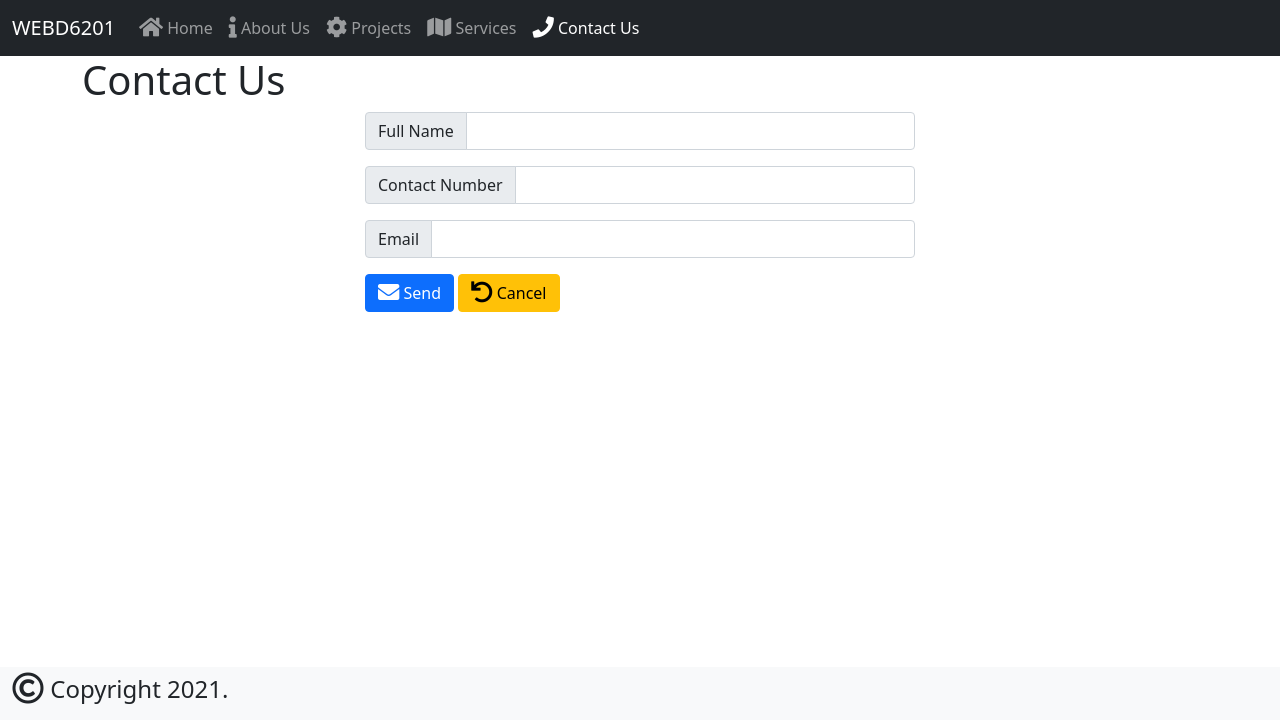
Repository: ahmedrizvi/WEB6201-W2021-ICE02
Page: contact.html
An editor plug-in stored every save of this project. The page is shown before and after the next save, followed by the edit.
The browser window is 1280 px wide. The pictures show the whole page.

Above is the page before, as saved 2021-01-29 21:36:18.

### contact.html
<!DOCTYPE html>
<html lang="en">
<head>
    <meta charset="UTF-8">
    <meta name="viewport" content="width=device-width, initial-scale=1.0">
    <title>Contact</title>
    <!-- CSS Section -->
    <link rel="stylesheet" href="./node_modules/bootstrap/dist/css/bootstrap.min.css">
    <link rel="stylesheet" href="./node_modules/@fortawesome/fontawesome-free/css/all.min.css">
    <link rel="stylesheet" href="./Content/app.css">
</head>
<body>
    <!-- Main Header -->
    <header>
        <!-- Main Navigation -->
        <nav class="navbar navbar-expand-lg navbar-dark bg-dark">
            <div class="container-fluid">
              <a class="navbar-brand" href="index.html">WEBD6201</a>
              <button class="navbar-toggler" type="button" data-bs-toggle="collapse" data-bs-target="#navbarSupportedContent" aria-controls="navbarSupportedContent" aria-expanded="false" aria-label="Toggle navigation">
                <span class="navbar-toggler-icon"></span>
              </button>
              <div class="collapse navbar-collapse" id="navbarSupportedContent">
                <ul class="navbar-nav me-auto mb-2 mb-lg-0">
                  <li class="nav-item">
                    <a class="nav-link" aria-current="page" href="index.html"><i class="fas fa-home fa-lg"></i> Home</a>
                  </li>

                  <li class="nav-item">
                    <a class="nav-link" aria-current="page" href="about.html"><i class="fas fa-info fa-lg"></i> About Us</a>
                  </li>

                  <li class="nav-item">
                    <a class="nav-link" aria-current="page" href="projects.html"><i class="fas fa-cog fa-lg"></i> Projects</a>
                  </li>

                  <li class="nav-item">
                    <a class="nav-link" aria-current="page" href="services.html"><i class="fas fa-map fa-lg"></i> Services</a>
                  </li>

                  <li class="nav-item">
                    <a class="nav-link active" aria-current="page" href="contact.html"><i class="fas fa-phone fa-lg"></i> Contact Us</a>
                  </li>
                </ul>
              </div>
            </div>
          </nav>
    </header>

    <!-- Main Content -->
    <main class="container">
        <h1>Contact Us</h1>
        <div id="messageArea"></div>

        <div class="row justify-content-lg-center g-3">
          <form class="col-lg-6 col-md-10 col-sm-10">

            <div class="input-group mb-3">
              <span class="input-group-text" id="inputGroup-sizing-default">Full Name </span>
              <input id="fullName" type="text" class="form-control" aria-label="Full Name" aria-describedby="Full Name Input"
              name="fullName" required>
            </div>

            <div class="input-group mb-3">
              <span class="input-group-text" id="inputGroup-sizing-default">Contact Number</span>
              <input id="contactNumber" type="tel" class="form-control" aria-label="Contact Number" aria-describedby="Contact Number Input"
              name="contactNumber" required>
            </div>

            <div class="input-group mb-3">
              <span class="input-group-text" id="inputGroup-sizing-default">Email</span>
              <input id="emailAddress" type="email" class="form-control" aria-label="Email Address" aria-describedby="Email Address Input"
              name="emailAddress" required>
            </div>

            <button id="sendButton" type="submit" class="btn btn-primary"><i class="fas fa-envelope fa-lg"></i> Send</button>
            <button id="cancelButton" type="reset" class="btn btn-warning"><i class="fas fa-undo fa-lg"></i> Cancel</button>
          </form>
        </div>


    </main>

    <!-- Main Footer -->
    <footer>
        <nav class="navbar fixed-bottom navbar-light bg-light">
            <div class="container-fluid">
              <h4><i class="far fa-copyright fa-lg"></i> Copyright 2021.</h4>
            </div>
          </nav>
    </footer>

    <!-- Script Section-->
    <script src="./node_modules/jquery/dist/jquery.min.js"></script>
    <script src="./node_modules/bootstrap/dist/js/bootstrap.bundle.min.js"></script>
    <script src="./Scripts/contact.js"></script>
    <script src="./Scripts/app.js"></script>
</body>
</html>

### Scripts/contact.js
"use strict";

// Contact class
class Contact {
  // getters and setters
  get FullName() {
    return this.m_fullName;
  }
  set FullName(value) {
    this.m_fullName = value;
  }
  get ContactNumber() {
    return this.m_contactNumber;
  }
  set ContactNumber(value) {
    this.m_contactNumber = value;
  }
  get EmailAddress() {
    return this.m_emailAddress;
  }
  set EmailAddress(value) {
    this.m_emailAddress = value;
  }

  // constructor

  /**
   * @param {string} fullName
   * @param {string} contactNumber
   * @param {string} emailAddress
   */
  constructor(fullName = "", contactNumber = "", emailAddress = "")
  {
    this.FullName = fullName;
    this.ContactNumber = contactNumber;
    this.EmailAddress = emailAddress;
  }

  // methods

  /**
   * This method overrides the built-in toString method for the Contact class
   *
   * @returns {string}
   */
  toString() {
    return `Full Name      : ${this.FullName} \nContact Number : ${this.ContactNumber} \nEmail Address  : ${this.EmailAddress}`;
  }

  /**
   * This method returns a JSON object made up of the properties from the Contact class
   *
   * @return {Object}
   */
  toJSON(){
    return {
      "fullName": this.FullName,
      "contactNumber": this.ContactNumber,
      "emailAddress": this.EmailAddress
    }
  }

  /**
   * This method converts the Contact into a comma separated string
   *
   * @return {string}
   */
  serialize(){
    if(this.FullName !== "" && this.ContactNumber !== "" && this.EmailAddress !== ""){
      return `${this.FullName},${this.ContactNumber},${this.EmailAddress}`;
    }
    else{
      console.error("One or more of the Contact's properties is empty");
      return null;
    }

  }

  /**
   * This method takes a comma-separated data string and assigns the values to the
   * Contact class properties.
   *
   * @param {string} data
   * @returns {void}
   */
  deserialize(data){
    let propertyArray = data.split(",");
    this.FullName = propertyArray[0];
    this.ContactNumber = propertyArray[1];
    this.EmailAddress = propertyArray[2];
  }
}

### Scripts/app.js
/* custom JavaScript goes here */

//IIFE - Immediately Invoked Function Expression
//AKA - Anonymous Self-Executing Function
//Closure - limits scope leak

"use strict";

(function()
{
    function displayHome()
    {
        let paragraphOneText =
          "This is a simple site to demonstrate DOM Manipulation for ICE 1";

        let paragraphOneElement = document.getElementById("paragraphOne");

        paragraphOneElement.textContent = paragraphOneText;
        paragraphOneElement.className = "fs-5";

        // Step 1. document.createElement
        let newParagraph = document.createElement("p");
        // Step 2. configure the element
        newParagraph.setAttribute("id", "paragraphTwo");
        newParagraph.textContent = "...And this is paragraph two";
        // Step 3. select the parent element
        let mainContent = document.getElementsByTagName("main")[0];
        // Step 4. Add / Insert the element
        mainContent.appendChild(newParagraph);

        newParagraph.className = "fs-6";

        // another way of injecting content
        let paragraphDiv = document.createElement("div");
        let paragraphThree = `<p id="paragraphThree" class="fs-7 fw-bold">And this is the Third Paragraph</p>`;
        paragraphDiv.innerHTML = paragraphThree;

        // insertions

        // example of inserting before a node
        //newParagraph.before(paragraphDiv);

        // example of inserting after a node
        newParagraph.after(paragraphDiv);

        // deletions

        // example of removing a single element
        //paragraphOneElement.remove();

        // example of removeChild
        mainContent.removeChild(paragraphOneElement);

        // update / modification
        //mainContent.firstElementChild.textContent = "Welcome Home!";

        mainContent.innerHTML = `<h1 id="firstHeading">Welcome to WEBD6201 - Lab 1</h1>
         <p id="paragraphOne" class="fs-3 fw-bold">This is my first Paragraph</p>
        `;

    }

    function displayAbout()
    {

    }

    function displayProjects()
    {

    }

    function displayServices()
    {

    }

    function displayContact()
    {
        let messageArea = document.getElementById("messageArea");
        messageArea.hidden = true;

        // form validation
        let fullName = document.getElementById("fullName");
        fullName.addEventListener("blur", function() {
            if(fullName.value.length < 2)
            {
                fullName.focus();
                fullName.select();
                messageArea.hidden = false;
                messageArea.className = "alert alert-danger";
                messageArea.textContent = "Please enter an appropriate Name";
            }
            else
            {
                messageArea.removeAttribute("class");
                messageArea.hidden = true;
            }
        });

        let sendButton = document.getElementById("sendButton");
        sendButton.addEventListener("click", function(event){
            //event.preventDefault();

            let contact = new Contact(fullName.value, contactNumber.value, emailAddress.value);

            if (contact.serialize()){
              localStorage.setItem((localStorage.length + 1).toString(), contact.serialize());
            }

        });
    }

    function Start()
    {
        console.log("App Started...");

        switch (document.title)
        {
          case "Home":
              displayHome();
            break;
          case "About":
              displayAbout();
            break;
          case "Projects":
              displayProjects();
            break;
          case "Services":
              displayServices();
            break;
          case "Contact":
              displayContact();
            break;
        }

    }

    window.addEventListener("load", Start);

})();

Loaded but not shown: node_modules/bootstrap/dist/css/bootstrap.min.css (library); node_modules/@fortawesome/fontawesome-free/css/all.min.css (library); Content/app.css (common file); node_modules/jquery/dist/jquery.min.js (library); node_modules/bootstrap/dist/js/bootstrap.bundle.min.js (library)

After the next save:
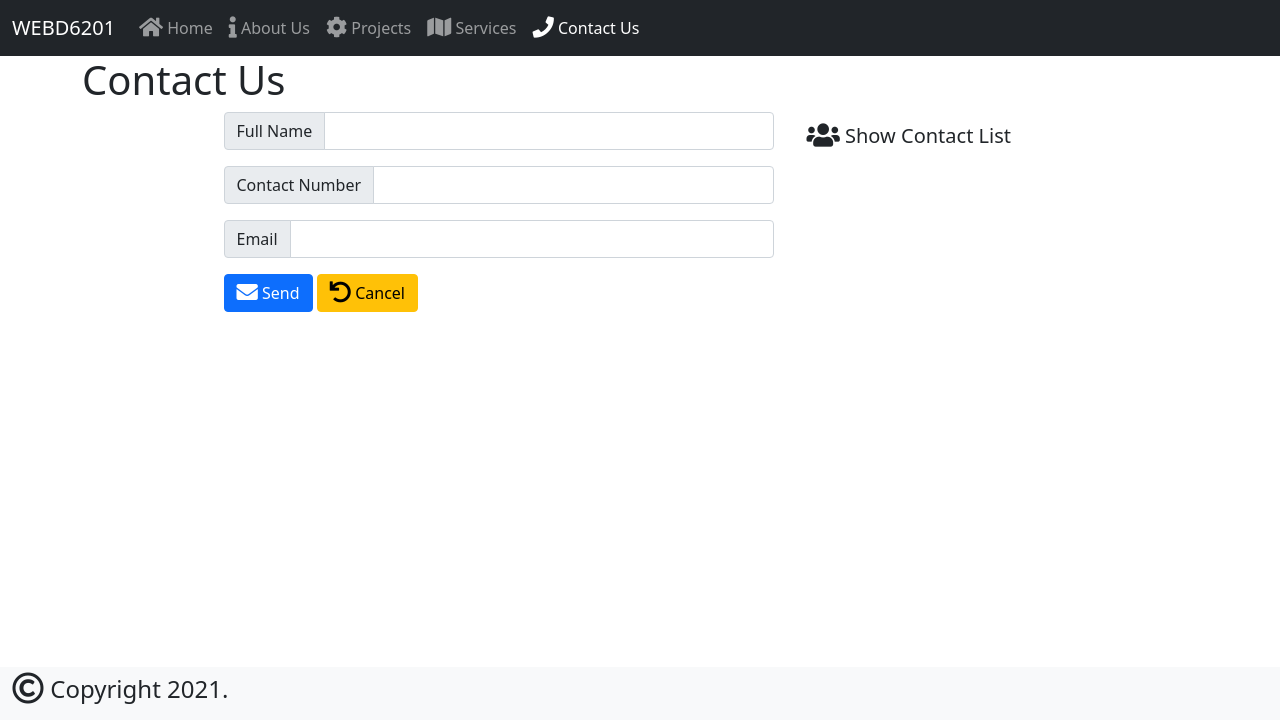
Saved 5 min 13 s later.
--- a/contact.html
+++ b/contact.html
@@ -75,6 +75,10 @@
             <button id="sendButton" type="submit" class="btn btn-primary"><i class="fas fa-envelope fa-lg"></i> Send</button>
             <button id="cancelButton" type="reset" class="btn btn-warning"><i class="fas fa-undo fa-lg"></i> Cancel</button>
           </form>
+
+          <div class="col-lg-3 col-md-3">
+            <a href="contact-list.html" class="btn primary btn-lg"><i class="fas fa-users fa-lg"></i> Show Contact List </a>
+          </div>
         </div>
 
 
